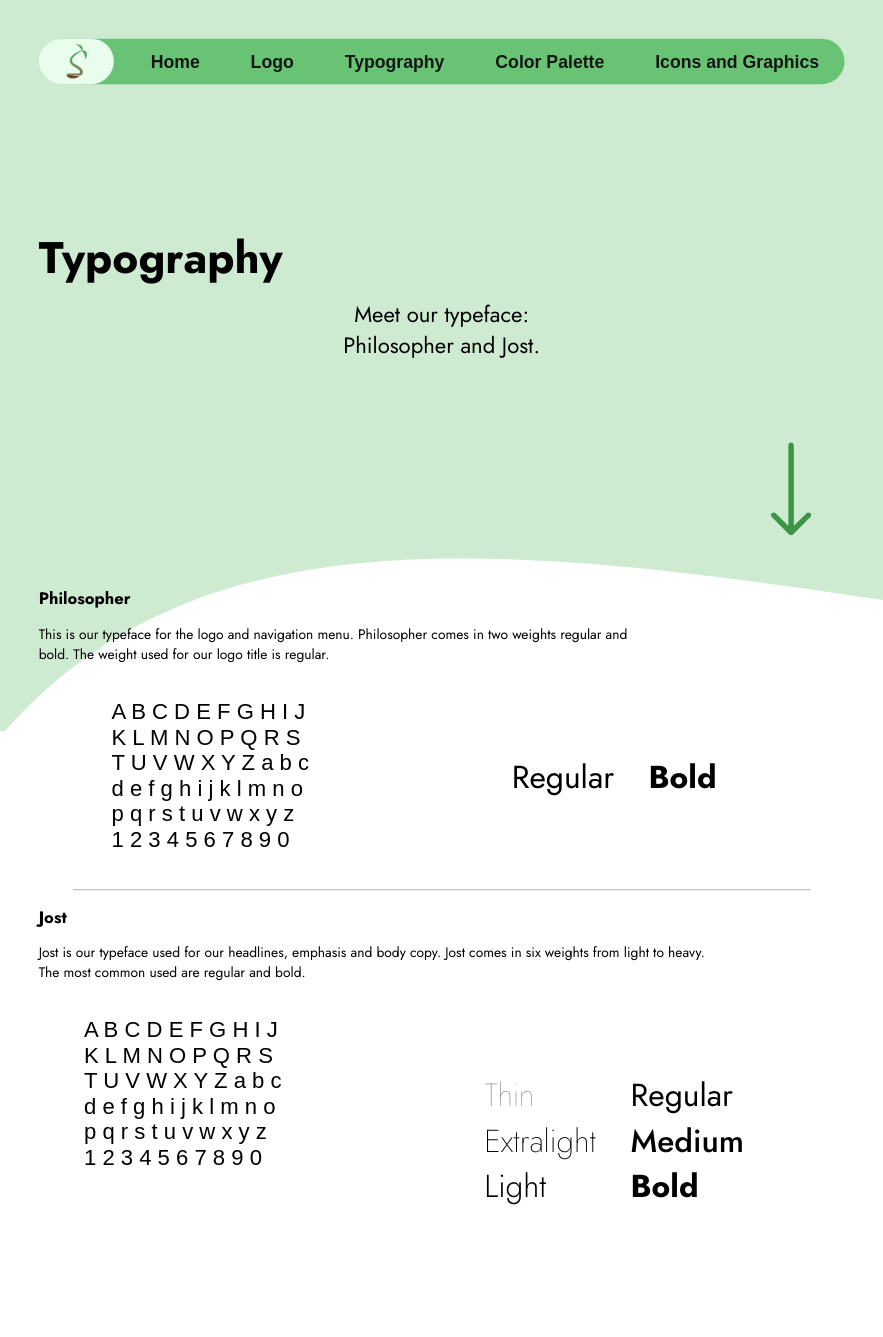
Repository: jjennbui/seedsprout_styleguide
Page: pages/typography.html
These files come from the project's save history. The page is drawn as it stood at one moment and after the next save; the edit follows.
The browser window is 1280 px wide. The pictures show the whole page, at 69% of full size.
Some web fonts or font styles are not loaded; a fallback is used.

Above is the page before, as saved 2023-03-10 22:52:27.

### pages/typography.html
<!DOCTYPE html>
<html lang="en">

<head>
    <meta charset="UTF-8">
    <meta http-equiv="X-UA-Compatible" content="IE=edge">
    <meta name="viewport" content="width=device-width, initial-scale=1.0">
    <link rel="stylesheet" href="../styles/typography.css">
    <title>Seed Sprout Styleguide</title>
</head>

<body>
    <main class="main">
        <!--Nav Bar-->
        <header>
            <div class="navBar_container">
                <div class="navBar_logo_container">
                    <img src="../public/logo/Logo.svg" width="30" />
                </div>
                <div class="navBar_links_container">
                    <a class="navBar_links" href="./index.html">
                        <h1>Home</h1>
                    </a>
                    <a class="navBar_links" href="./logo.html">
                        <h1>Logo</h1>
                    </a>
                    <a class="navBar_links" href="./typography.html">
                        <h1>Typography</h1>
                    </a>
                    <a class="navBar_links" href="./colorPalette.html">
                        <h1>Color Palette</h1>
                    </a>
                    <a class="navBar_links" href="./iconsAndGraphics.html">
                        <h1>Icons and Graphics</h1>
                    </a>
                </div>
            </div>
        </header>

        <!--body content-->
        <section class="primary_logo" id="primary">
        <div class="home_content_header">
            <div>
                <h1 class="home_content_headerone"> Typography</h1>
            </div>
            <div class="home_content_headertwo"> Meet our typeface: <br> Philosopher and Jost. </div>
            <div class="intro_arrow_container">
                <a href="#primary"> <img src="../public/icons/downarrow.svg" height="135" alt="" /></a>
            </div>
        </div>

        <!--Philosopher-->


        </div class="typo_header"><h1>Philosopher</h1></div>
        <div class="typo_body">This is our typeface for the logo and navigation menu. Philosopher comes in two weights regular and <br> bold. The weight used for our logo title is regular.</div>
        <div class="typo_typeface">
            <div class="typo_letters">A B C D E F G H I J <br> K L M N O P Q R S <br> T U V W X Y Z a b c<br> d e f g h i j k l m n o<br> p q r s t u v w x y z<br> 1 2 3 4 5 6 7 8 9 0 </div>
            <div class="type_fontstyle">
                <div class="typo_reg"> Regular </div>
                <div class="typo_bold"> Bold </div>
            </div>
        </div>

        <hr width="1067px">

        <!--Jost-->

    </div class="typo_header"><h1>Jost</h1></div>
    <div class="typo_body">Jost is our typeface used for our headlines, emphasis and body copy. Jost comes in six weights from light to heavy. <br>
        The most common used are regular and bold.     </div>

    <div class="typo_typeface">
        <div class="typo_letters">A B C D E F G H I J <br> K L M N O P Q R S <br> T U V W X Y Z a b c<br> d e f g h i j k l m n o<br> p q r s t u v w x y z<br> 1 2 3 4 5 6 7 8 9 0 </div>
        <div class="type_fontstyle">
            <div>
                <div class="typo_thin"> Thin </div>
                <div class="typo_extralight"> Extralight </div>
                <div class="typo_light"> Light </div>
            </div>
           <div>
            <div class="typo_reg"> Regular </div>
            <div class="typo_medium">Medium </div>
            <div class="typo_bold"> Bold </div>
           </div>

        </div>
    </div>
</section>





    </main>
</body>

</html>

### styles/typography.css
@import url('https://fonts.googleapis.com/css2?family=Jost:ital,wght@0,100;0,200;0,300;0,400;0,500;0,600;0,700;0,800;0,900;1,100;1,200;1,300;1,400;1,500;1,600;1,700;1,800;1,900&display=swap');
@import url('https://fonts.googleapis.com/css2?family=Philosopher:ital,wght@0,400;0,700;1,400;1,700&display=swap');

body {
    background-image: url(../public/background-img/background.svg);
    background-size: cover;
    background-repeat: no-repeat;
    font-family: 'Jost', sans-serif;
    font-size: 16px;
}

/**Colors*/
:root {
    --lightGreen: #EBFFEE;
    --mantisGreen: #5FBF6A;
    --sproutGreen: #3B9545;
    --polyGreen: #1D4923;
    --chocolateBrown: #844D0B;
    --seedBrown: #603808;
    --darkBrown: #392105;
    --vegeOrange: #FF8800;
    --fruitBlue: #4F86F7;
}

/**contains everything in the body*/
.main {
    padding: 3rem;
}

/**First div that holds the entire navBar*/
.navBar_container {
    width: 100%;
    background: var(--mantisGreen);
    opacity: 0.9;
    gap: 1rem;
    margin: 0;
    border-radius: 3rem;
    display: flex;
}

/**container than holds the logo in the navBar*/
.navBar_logo_container {
    display: flex;
    justify-content: center;
    align-items: center;
    background-color: var(--lightGreen);
    border-radius: 3rem;
    padding: 0.5rem;
    width: 8%;
}

/**Container that holds all the links in the navBar*/
.navBar_links_container {
    display: flex;
    align-items: center;
    justify-content: space-around;
    flex-grow: 1;
    flex-wrap: wrap;
}

/**links in the navBar*/
.navBar_links {
    font-family: 'philosopher', sans-serif;
    text-decoration: none;
    color: black;
    font-size: 0.8rem;
}

.primary_logo{
    margin-top: 9.5rem;
}

/**header*/
.home_content_headerone{
    font-family:  'Jost', sans-serif;
    font-size: 64px;

}

.home_content_headertwo{
    font-family:  'Jost', sans-serif;
   text-align: center;
   margin-top: -40px;
   font-size: 32px;

}

.home_content_header{
    display: flex;
    flex-direction: column;
}

.intro_arrow_container {
    display: flex;
    justify-content: flex-end;
    align-items: center;
    padding: 3rem;
    padding-top: 10%;
}

.typo_header{
    font-size: 40px;
}

.typo_letters{
    font-family: 'philosopher', sans-serif;
    font-size: 32px;
    min-width: 300px;
}



.typo_bold{
    font-weight: bold;
}

.type_fontstyle{
    display: flex;
    gap: 50px;
    font-size: 46px;
    margin: 80px;
}

.typo_typeface{
    display: flex;
    justify-content: center;
    gap: 200px;
    margin: 50px;
}

.typo_body{
    font-size: 20px;
}

.typo_thin{
    font-weight:100;
}

.typo_extralight{
    font-weight: 200;
}

.typo_light{
    font-weight: 300;
}

.typo_medium{
    font-weight: 500;
}

After the next save:
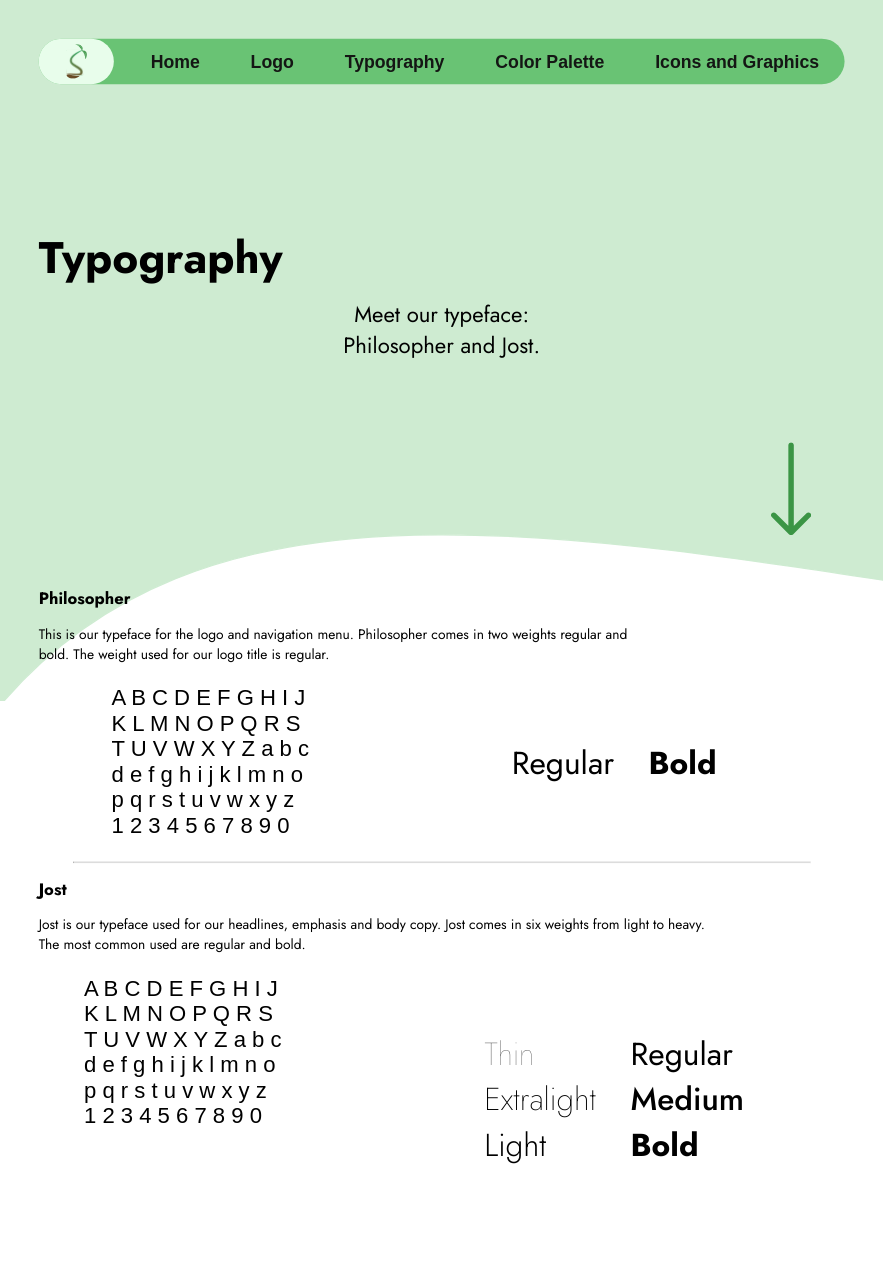
Saved 27 s later.
--- a/styles/typography.css
+++ b/styles/typography.css
@@ -125,7 +125,7 @@
     display: flex;
     justify-content: center;
     gap: 200px;
-    margin: 50px;
+    margin: 30px;
 }
 
 .typo_body{

After the save that followed:
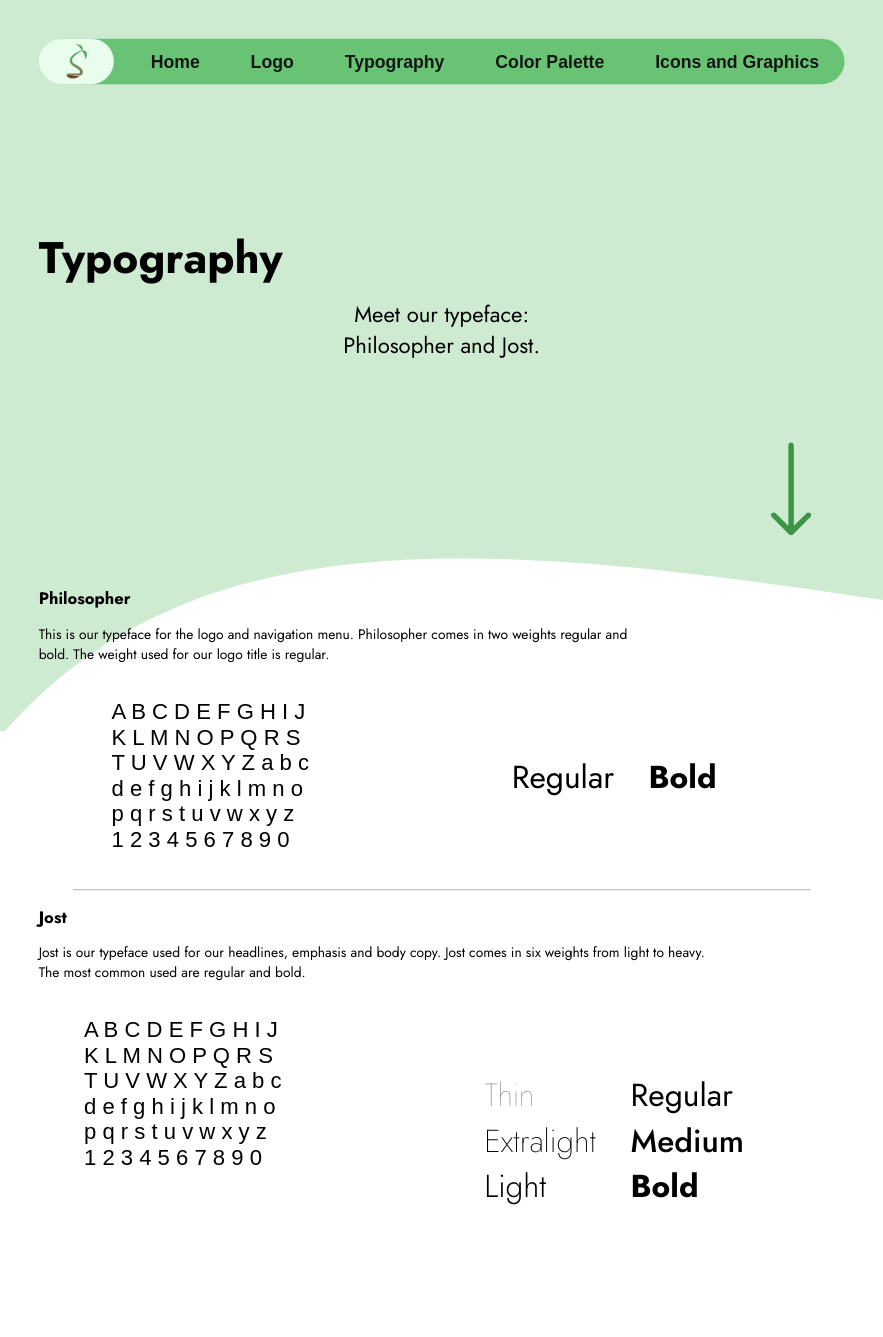
Saved 9 s later.
--- a/styles/typography.css
+++ b/styles/typography.css
@@ -125,7 +125,7 @@
     display: flex;
     justify-content: center;
     gap: 200px;
-    margin: 30px;
+    margin: 50px;
 }
 
 .typo_body{
